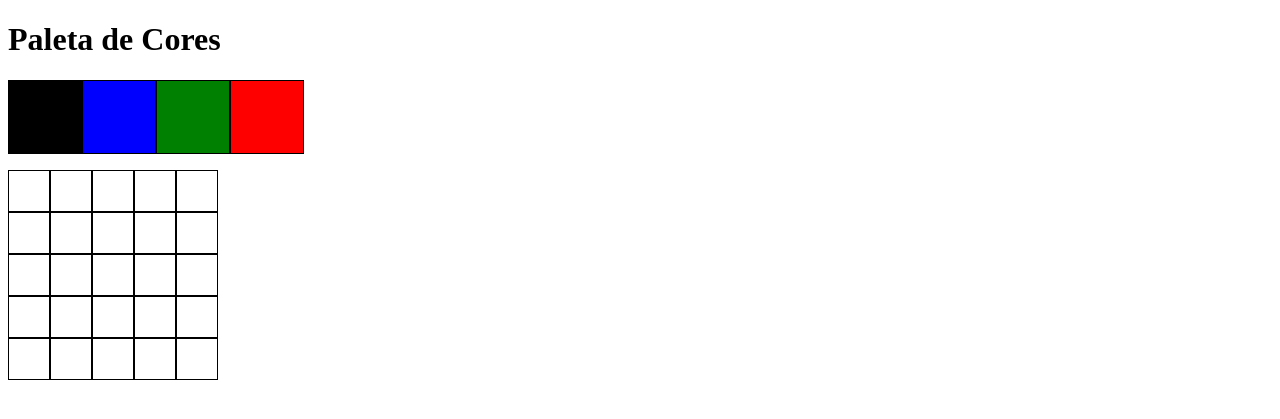
Repository: MuriloColleti/project-Pixer-Art
Page: index.html
These files come from the project's save history. The page is drawn as it stood at one moment and after the next save; the edit follows.
The browser window is 1280 px wide. The pictures show the whole page.

Above is the page before, as saved 2024-02-05 16:53:45.

After the next save:
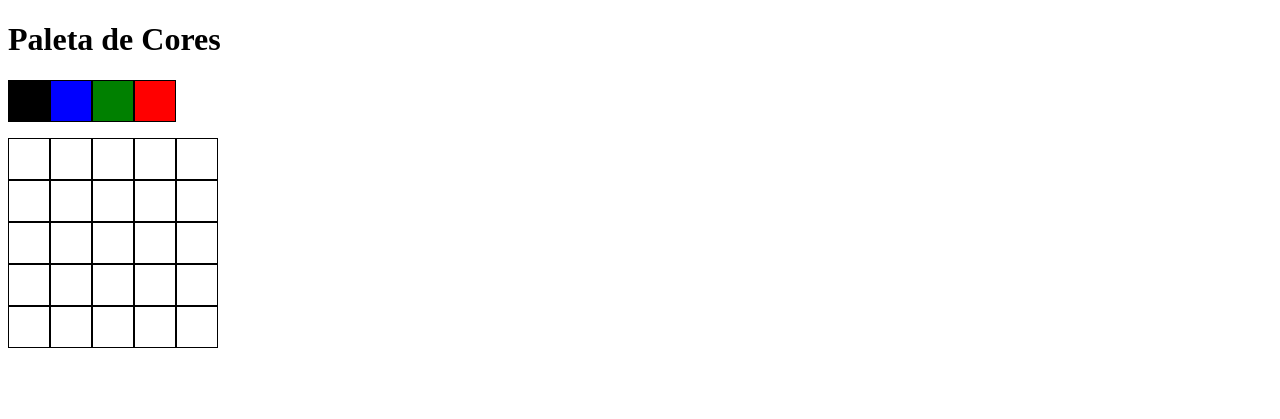
Saved 15 s later.
--- a/style.css
+++ b/style.css
@@ -18,7 +18,6 @@
     width: 40px;
     height: 40px;
     border: 1px solid black;
-    padding: 1rem;
 }
 
 .pallet-container{
